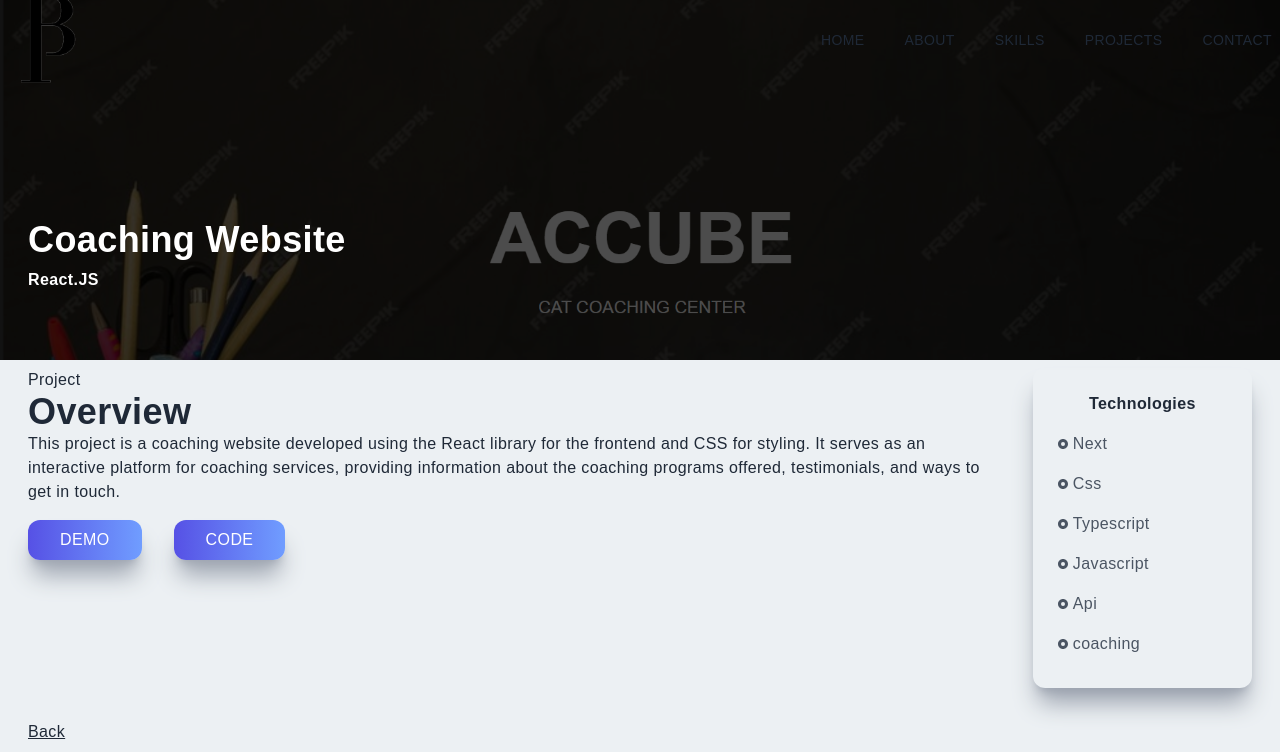
Repository: bittu-Patel/portfolio-resume-next-js
Page: /coaching
These files come from the project's save history. The page is drawn as it stood at one moment and after the next save; the edit follows.
The browser window is 1280 px wide. The pictures show the whole page.
The project was rebuilt for these pictures with package versions that can differ from the ones it lists, and the page was loaded fresh each time. The framework's server and built-in components were replaced by stand-ins that run in the browser. Also part of the build but not shown: next.config.js.

Above is the page before, as saved 2023-09-26 14:44:59.

After the next save:
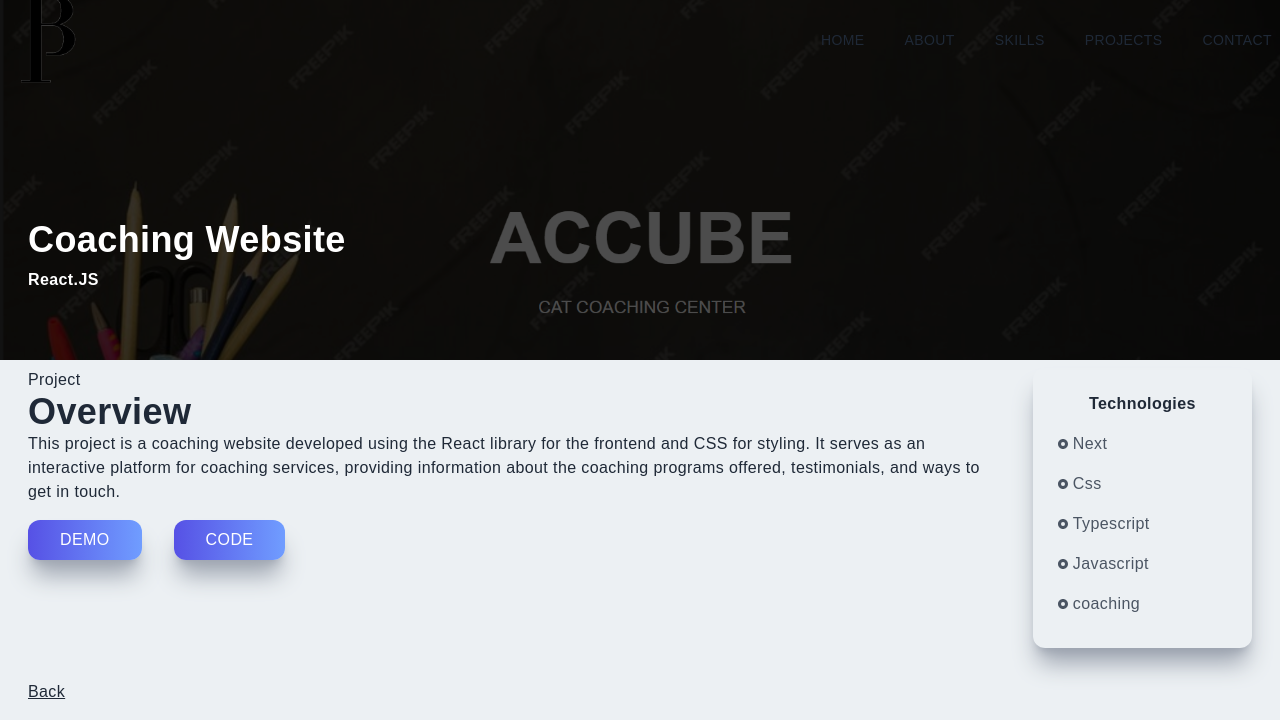
Saved 22 s later.
--- a/pages/coaching.jsx
+++ b/pages/coaching.jsx
@@ -40,7 +40,6 @@ const coaching = () => {
     <p className='text-gray-600 py-2 flex items-center'><RiRadioButtonFill className='pr-1' />Css</p>
     <p className='text-gray-600 py-2 flex items-center'><RiRadioButtonFill className='pr-1' />Typescript</p>
     <p className='text-gray-600 py-2 flex items-center'><RiRadioButtonFill className='pr-1' />Javascript</p>
-    <p className='text-gray-600 py-2 flex items-center'><RiRadioButtonFill className='pr-1' />Api</p>
     <p className='text-gray-600 py-2 flex items-center'><RiRadioButtonFill className='pr-1' />coaching</p>
    </div>
     </div>
